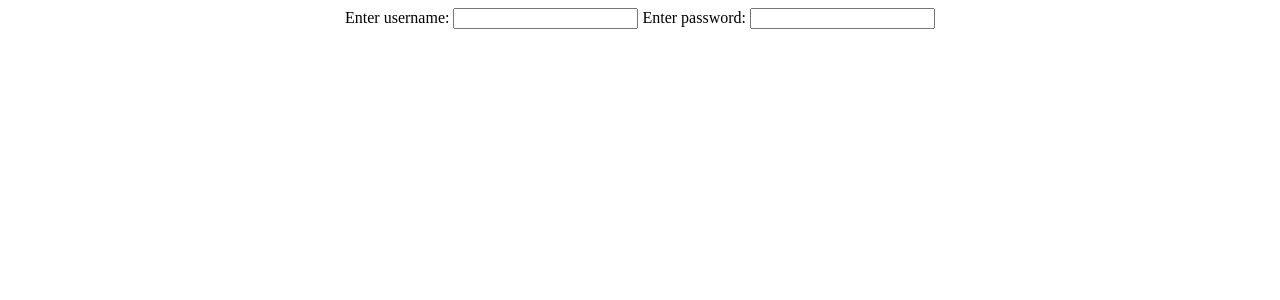
Repository: NandiniLaxmiPriya/Servletss
Page: prac2/src/main/webapp/index.html
An editor plug-in stored every save of this project. The page is shown before and after the next save, followed by the edit.
The browser window is 1280 px wide. The pictures show the whole page.

Above is the page before, as saved 2023-03-03 08:35:39.

### prac2/src/main/webapp/index.html
<!DOCTYPE html>
<html>
<head>
<meta charset="UTF-8">
<title>Insert title here</title>
</head>
<body>
<form action="Valido" align="center">
Enter username: <input type="text" id="uname"/>
Enter password: <input type="password" id="pass"/>
</form>
</body>
</html>

After the next save:
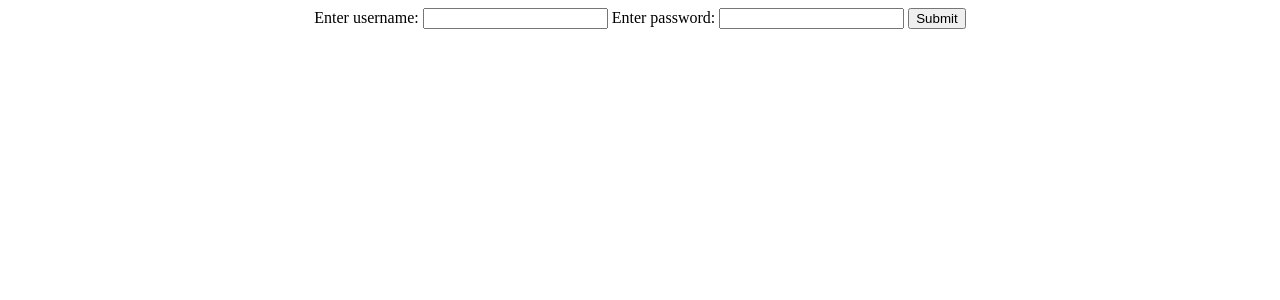
Saved 26 s later.
--- a/prac2/src/main/webapp/index.html
+++ b/prac2/src/main/webapp/index.html
@@ -8,6 +8,7 @@
 <form action="Valido" align="center">
 Enter username: <input type="text" id="uname"/>
 Enter password: <input type="password" id="pass"/>
+<input type="submit" id="submit"/>
 </form>
 </body>
 </html>
